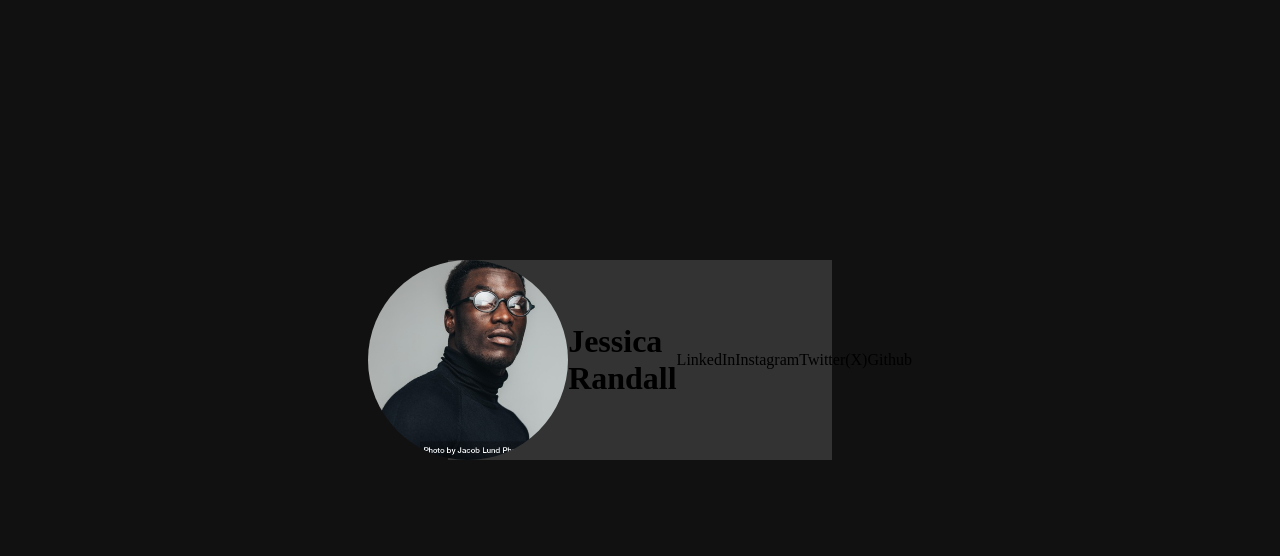
Repository: russel-success/Xcode-TASK-1
Page: index.html
The author's editor kept a copy of each file at every save. The page is drawn from the files as they stood at one save, then again after a run of saves.
The browser window is 1280 px wide. The pictures show the whole page.

Above is the page before, as saved 2024-04-29 01:06:02.

After the next 2 saves:
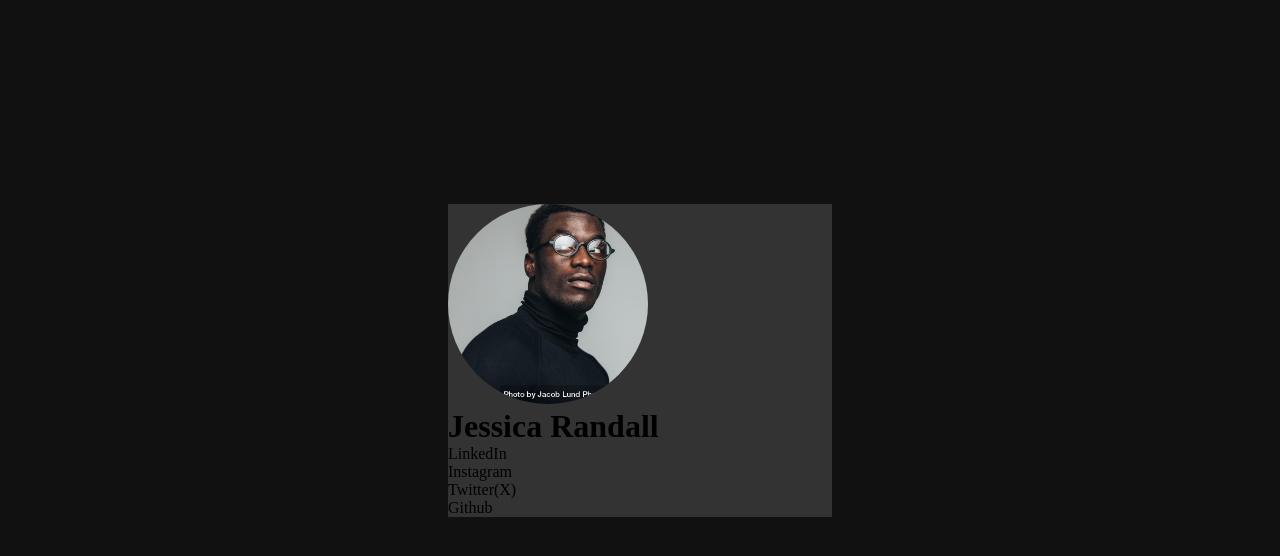
The 2 saves are shown as one change because they came seconds apart.
The last was saved 28 s later.
--- a/styles/styles.css
+++ b/styles/styles.css
@@ -1,23 +1,21 @@
 *{
     padding:0;
     margin:0;
-}
-.flex{
-    display:flex;
-    align-items:center;
-    justify-content: center;
 }
 .container{
     width:100%;
     height:100vh;
     background-color:#111;
+    display:flex;
+    align-items:center;
+    justify-content: center;
 }
 .profile-container{
     background-color:#333;
     width:30%;
     background-size: contain;
     box-sizing:border-box;
-
+    displ
 }
 
 .profile-image{
